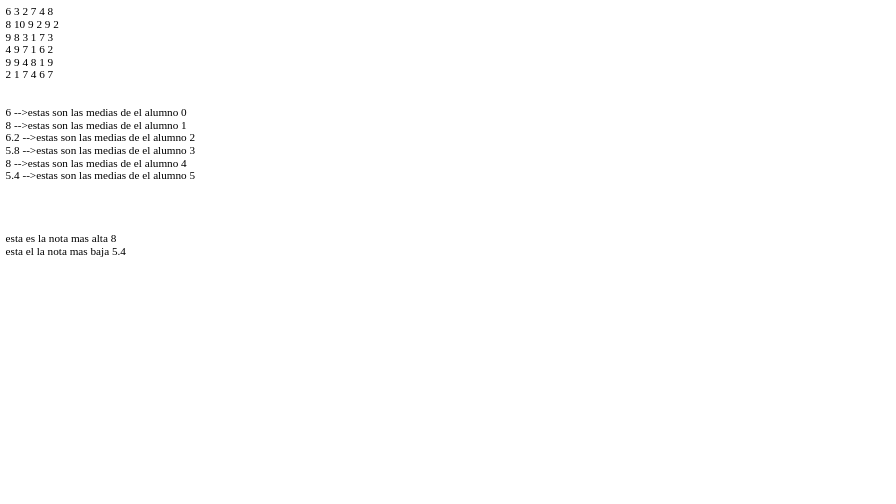
Repository: Sxcram02/1-daw
Page: http://localhost/notaMedia.php
The author's editor kept a copy of each file at every save. The page is drawn from the files as they stood at one save, then again after the next save.
The browser window is 1280 px wide. The pictures show the part of the page from y = 0 to 1920 px (the page is 720 px tall before and 10780 px after), at 70% of full size.
The page is run by PHP 8.4 with error messages shown; the project is at /var/www/html/.

Above is the page before, as saved 2023-01-19 16:51:26.

### PHP/notaMedia.php
<?php
    for($fila=0;$fila<=5;$fila++){
        for($columna=0;$columna<=5;$columna++){
            $notas_alumnos[$fila][$columna] = rand(1,10);
            echo $notas_alumnos[$fila][$columna], " ";
        };
        echo "<br />";
    };
    echo "<br />";
    echo "<br />";

    for($v1=0;$v1<=5;$v1++){
            $nota_media[$v1] = array_sum($notas_alumnos[$v1])/5;
            echo $nota_media[$v1],"  -->", "estas son las medias de el alumno ", $v1;
            echo "<br />";
    };

    echo "<br />";
    echo "<br />";

    for($may=0;$may<=5;$may++){
        for($men=0;$men<=5;$men++){
            if($nota_media[$may] < $nota_media[$men]){
                $mayor = $nota_media[$men];
            };
            if($nota_media[$may] > $nota_media[$men]){
                $menor = $nota_media[$men];
            };
        };
    };

    echo "<br />";
    echo "<br />";

    echo "esta es la nota mas alta ", $mayor;
    echo "<br />";
    echo "esta el la nota mas baja ", $menor;

?>

After the next save:
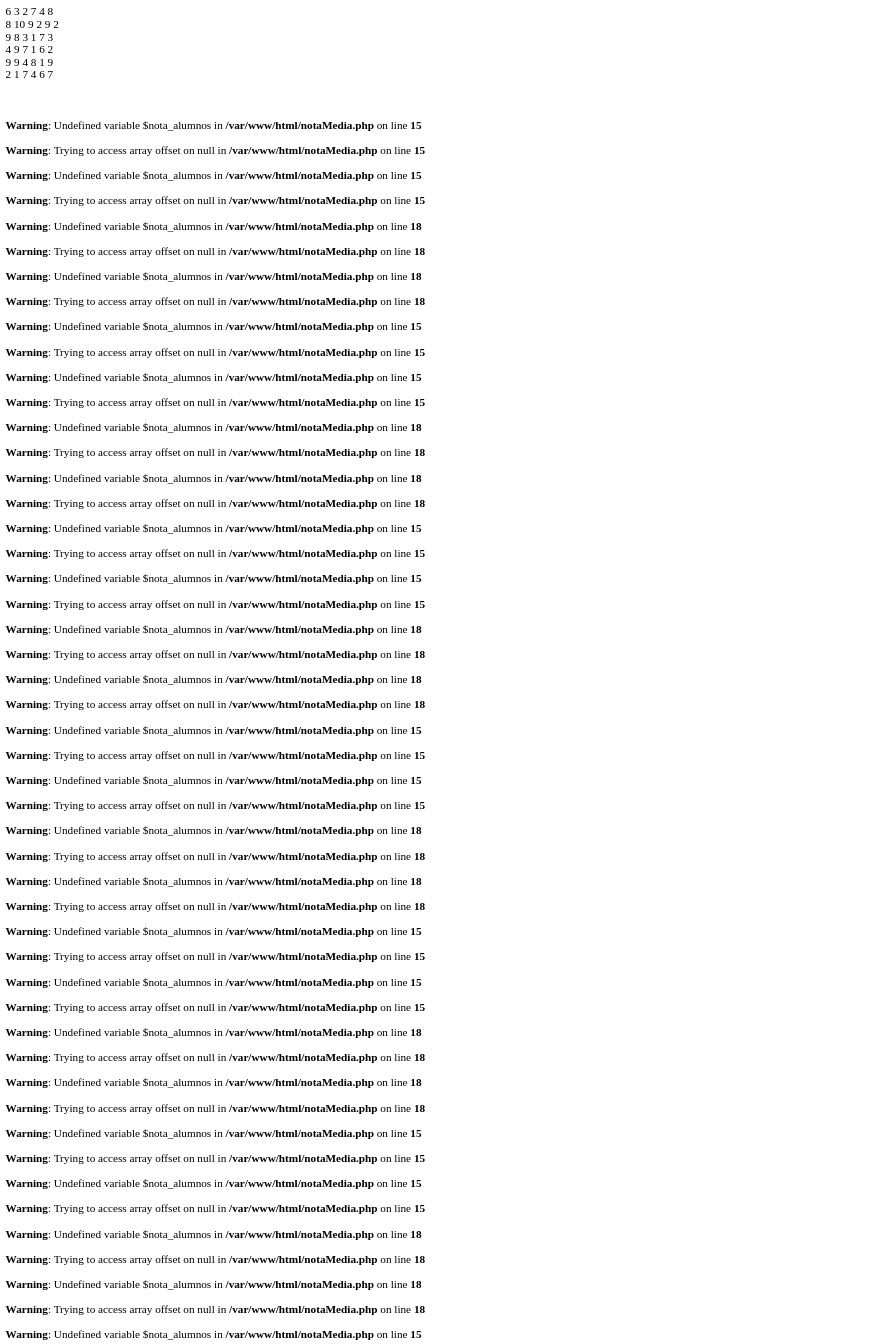
Saved 6 min 27 s later.
--- a/PHP/notaMedia.php
+++ b/PHP/notaMedia.php
@@ -6,6 +6,21 @@
         };
         echo "<br />";
     };
+
+    echo "<br />";
+    echo "<br />";
+
+    for($may=0;$may<=5;$may++){
+        for($men=0;$men<=5;$men++){
+            if($nota_alumnos[$may] < $nota_alumnos[$men]){
+                $mayorAsignatura = $nota_alumnos[$men];
+            };
+            if($nota_alumnos[$may] > $nota_alumnos[$men]){
+                $menorAsignatura = $nota_alumnos[$men];
+            };
+        };
+    };
+
     echo "<br />";
     echo "<br />";
 
@@ -21,10 +36,10 @@
     for($may=0;$may<=5;$may++){
         for($men=0;$men<=5;$men++){
             if($nota_media[$may] < $nota_media[$men]){
-                $mayor = $nota_media[$men];
+                $mayorAlumno = $nota_media[$men];
             };
             if($nota_media[$may] > $nota_media[$men]){
-                $menor = $nota_media[$men];
+                $menorAlumno = $nota_media[$men];
             };
         };
     };
@@ -32,8 +47,8 @@
     echo "<br />";
     echo "<br />";
 
-    echo "esta es la nota mas alta ", $mayor;
+    echo "esta es la nota mas alta ", $mayorAlumno;
     echo "<br />";
-    echo "esta el la nota mas baja ", $menor;
+    echo "esta el la nota mas baja ", $menorAlumno;
 
 ?>
